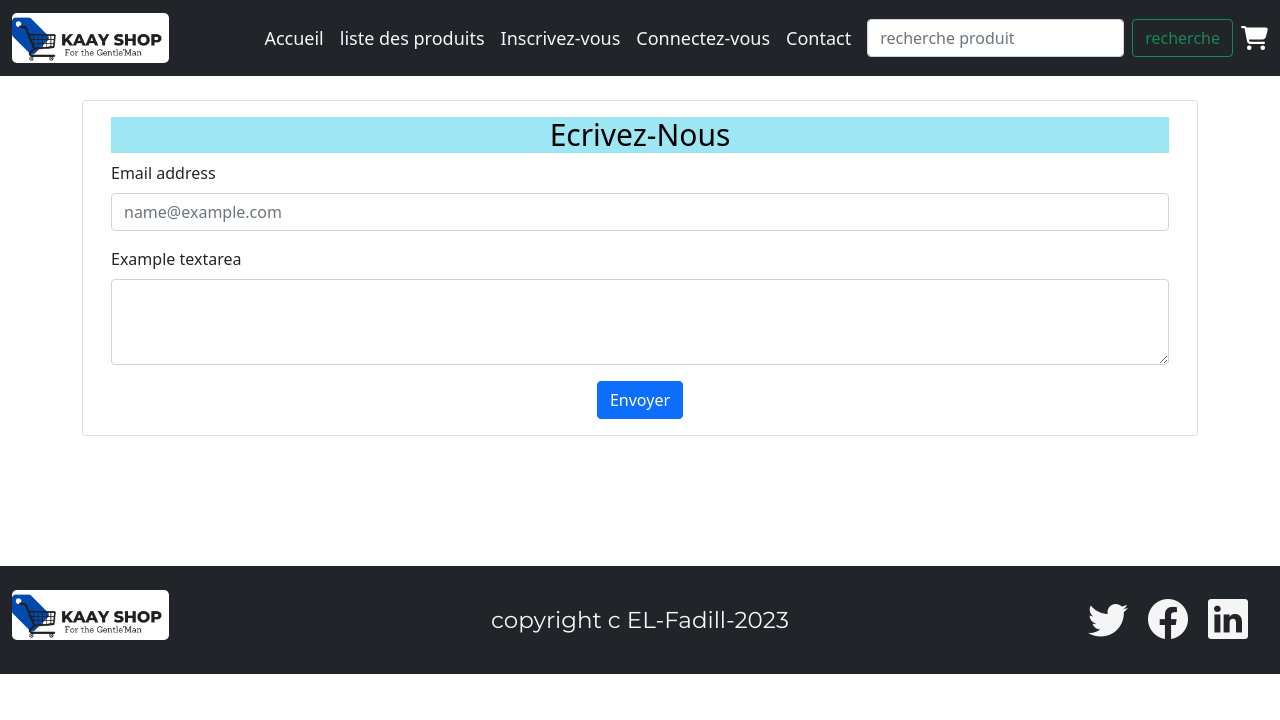
Repository: wadelfadill/Mini_projet_bootstrap_Site_vente_online
Page: contact.html
The author's editor kept a copy of each file at every save. The page is drawn from the files as they stood at one save, then again after the next save.
The browser window is 1280 px wide. The pictures show the whole page.
Some web libraries are served in a nearby version.

Above is the page before, as saved 2023-05-19 10:48:20.

After the next save:
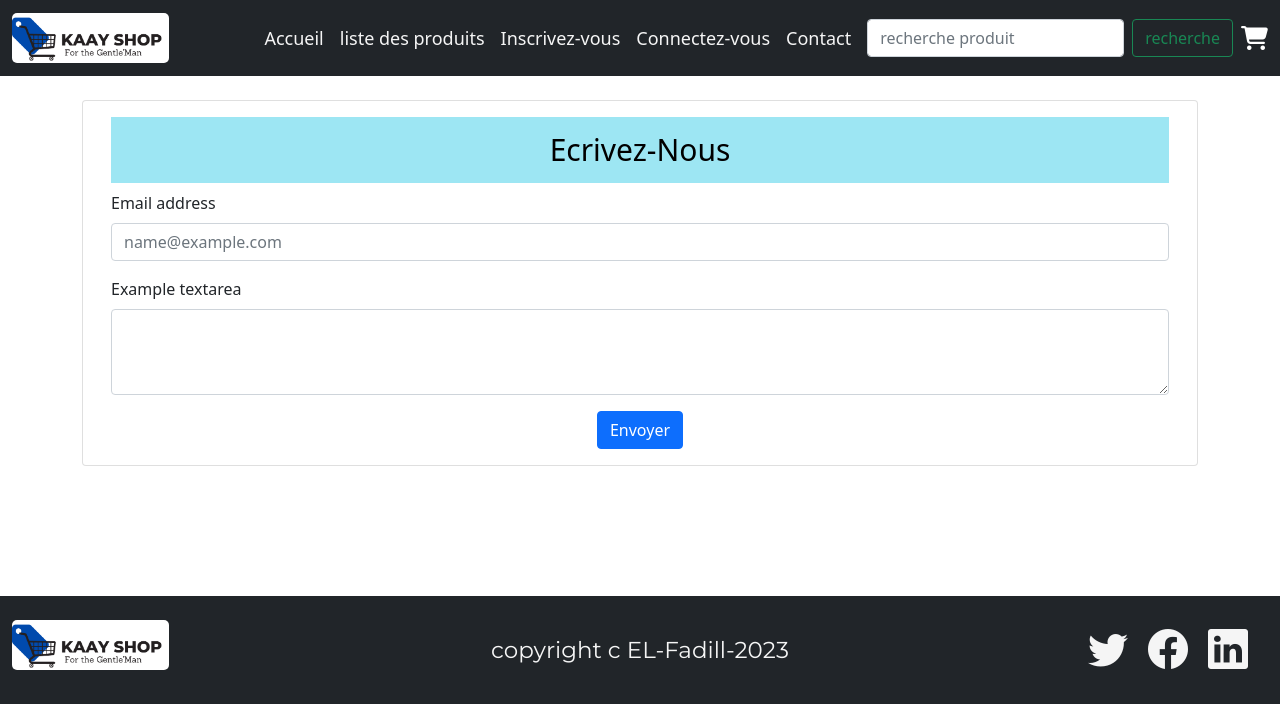
Saved 35 s later.
--- a/assets/css/contact_style.css
+++ b/assets/css/contact_style.css
@@ -7,4 +7,6 @@ main{
     color: black;
     font-family: 'Montserrat' 'sans serif';
     font-size: 30px;
+    padding-top: 15px;
+    padding-bottom: 15px;
 }
